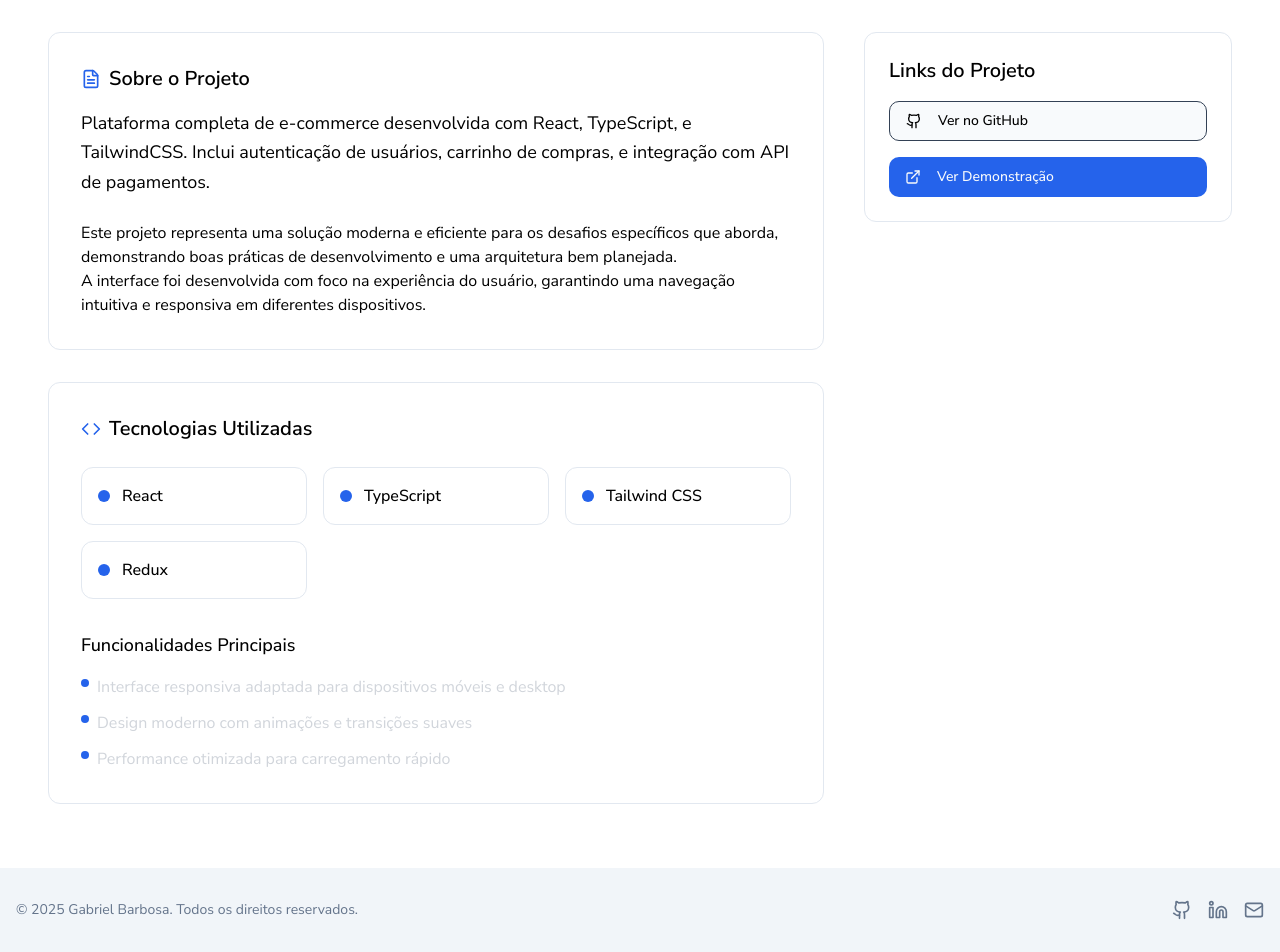
Repository: Biel-barbosa/portfolio-gabriel
Page: /projetos/1
The author's editor kept a copy of each file at every save. The page is drawn from the files as they stood at one save, then again after the next save.
The browser window is 1280 px wide. The pictures show the part of the page from y = 688 to 1640 px (the page is 1640 px tall).
The page's requests for data from a server got no answer. The project was rebuilt for these pictures with package versions that can differ from the ones it lists, and the page was loaded fresh each time. No one was signed in, and anything a server would have sent is missing. Also part of the build but not shown: vite.config.ts, src/components/ui/tooltip.tsx, src/components/ui/card.tsx, src/components/ui/badge.tsx, src/components/ProjectCard.tsx, src/pages/Index.tsx, src/pages/Projects.tsx, src/pages/Contact.tsx and 1 more.

Above is the page before, as saved 2025-05-20 17:03:01.

### index.html

<!DOCTYPE html>
<html lang="pt-BR">
  <head>
    <meta charset="UTF-8" />
    <meta name="viewport" content="width=device-width, initial-scale=1.0" />
    <title>Gabriel Barbosa | Desenvolvedor Front-end</title>
    <meta name="description" content="Portfólio de Gabriel Barbosa - Desenvolvedor Front-end Júnior" />
    <meta name="author" content="Gabriel Barbosa" />

    <meta property="og:title" content="Gabriel Barbosa | Desenvolvedor Front-end" />
    <meta property="og:description" content="Portfólio de Gabriel Barbosa - Desenvolvedor Front-end Júnior" />
    <meta property="og:type" content="website" />
    <link rel="icon" type="image/svg+xml" href="/favicon.svg" />
  </head>

  <body>
    <div id="root"></div>
    <!-- IMPORTANT: DO NOT REMOVE THIS SCRIPT TAG OR THIS VERY COMMENT! -->
    <script src="https://cdn.gpteng.co/gptengineer.js" type="module"></script>
    <script type="module" src="/src/main.tsx"></script>
  </body>
</html>

### src/App.tsx

import { Toaster } from "@/components/ui/toaster";
import { Toaster as Sonner } from "@/components/ui/sonner";
import { TooltipProvider } from "@/components/ui/tooltip";
import { QueryClient, QueryClientProvider } from "@tanstack/react-query";
import { BrowserRouter, Routes, Route } from "react-router-dom";
import Index from "./pages/Index";
import Projects from "./pages/Projects";
import ProjectDetail from "./pages/ProjectDetail";
import Contact from "./pages/Contact";
import NotFound from "./pages/NotFound";

const queryClient = new QueryClient();

const App = () => (
  <QueryClientProvider client={queryClient}>
    <TooltipProvider>
      <Toaster />
      <Sonner />
      <BrowserRouter>
        <Routes>
          <Route path="/" element={<Index />} />
          <Route path="/projetos" element={<Projects />} />
          <Route path="/projetos/:id" element={<ProjectDetail />} />
          <Route path="/contato" element={<Contact />} />
          <Route path="*" element={<NotFound />} />
        </Routes>
      </BrowserRouter>
    </TooltipProvider>
  </QueryClientProvider>
);

export default App;

### src/index.css

@import url('https://fonts.googleapis.com/css2?family=Nunito+Sans:opsz,wght@6..12,300;6..12,400;6..12,500;6..12,600;6..12,700&display=swap');

@tailwind base;
@tailwind components;
@tailwind utilities;

@layer base {
  :root {
    --background: 210 40% 98%;
    --foreground: 222.2 84% 4.9%;

    --card: 0 0% 100%;
    --card-foreground: 222.2 84% 4.9%;

    --popover: 0 0% 100%;
    --popover-foreground: 222.2 84% 4.9%;

    --primary: 221.2 83% 53.3%;
    --primary-foreground: 210 40% 98%;

    --secondary: 210 40% 96.1%;
    --secondary-foreground: 222.2 47.4% 11.2%;

    --muted: 210 40% 96.1%;
    --muted-foreground: 215.4 16.3% 46.9%;

    --accent: 221.2 83% 53.3%;
    --accent-foreground: 222.2 47.4% 11.2%;

    --destructive: 0 84.2% 60.2%;
    --destructive-foreground: 210 40% 98%;

    --border: 214.3 31.8% 91.4%;
    --input: 214.3 31.8% 91.4%;
    --ring: 221.2 83% 53.3%;

    --radius: 0.75rem;
  }

  * {
    @apply border-border;
  }

  body {
    @apply bg-background text-foreground;
    font-feature-settings: "rlig" 1, "calt" 1;
    font-family: 'Nunito Sans', sans-serif;
  }

  .tech-tag {
    @apply bg-secondary text-secondary-foreground rounded-full px-3 py-1 text-sm font-medium transition-colors;
  }

  .card-hover {
    @apply transition-all hover:shadow-lg hover:-translate-y-1;
  }

  .button-primary {
    @apply bg-primary text-primary-foreground hover:bg-primary/90 rounded-full px-6 py-2 font-medium transition-colors;
  }

  .button-secondary {
    @apply bg-secondary text-secondary-foreground hover:bg-secondary/80 rounded-full px-6 py-2 font-medium transition-colors border border-secondary;
  }
}

### src/components/ui/toaster.tsx

"use client"

import {
  Toast,
  ToastClose,
  ToastDescription,
  ToastProvider,
  ToastTitle,
  ToastViewport,
} from "@/components/ui/toast"
import { useToast } from "@/components/ui/use-toast"

export function Toaster() {
  const { toasts } = useToast()

  return (
    <ToastProvider>
      {toasts.map(function ({ id, title, description, action, ...props }) {
        return (
          <Toast key={id} {...props}>
            <div className="grid gap-1">
              {title && <ToastTitle>{title}</ToastTitle>}
              {description && (
                <ToastDescription>{description}</ToastDescription>
              )}
            </div>
            {action}
            <ToastClose />
          </Toast>
        )
      })}
      <ToastViewport />
    </ToastProvider>
  )
}

### src/components/ui/sonner.tsx
import { useTheme } from "next-themes"
import { Toaster as Sonner, toast } from "sonner"

type ToasterProps = React.ComponentProps<typeof Sonner>

const Toaster = ({ ...props }: ToasterProps) => {
  const { theme = "system" } = useTheme()

  return (
    <Sonner
      theme={theme as ToasterProps["theme"]}
      className="toaster group"
      toastOptions={{
        classNames: {
          toast:
            "group toast group-[.toaster]:bg-background group-[.toaster]:text-foreground group-[.toaster]:border-border group-[.toaster]:shadow-lg",
          description: "group-[.toast]:text-muted-foreground",
          actionButton:
            "group-[.toast]:bg-primary group-[.toast]:text-primary-foreground",
          cancelButton:
            "group-[.toast]:bg-muted group-[.toast]:text-muted-foreground",
        },
      }}
      {...props}
    />
  )
}

export { Toaster, toast }

### src/pages/ProjectDetail.tsx

import React, { useEffect, useState } from 'react';
import { useParams, Link } from 'react-router-dom';
import { ArrowLeft, Calendar, Github, Globe, Code, FileText, ExternalLink, Image, Folder } from 'lucide-react';
import { getProjectById } from '../services/projectService';
import { Project } from '../types';
import { Button } from '@/components/ui/button';
import Header from '../components/Header';
import Footer from '../components/Footer';

const ProjectDetail = () => {
  const { id } = useParams<{ id: string }>();
  const [project, setProject] = useState<Project | null>(null);
  const [isLoading, setIsLoading] = useState(true);
  const [error, setError] = useState<string | null>(null);

  useEffect(() => {
    const loadProject = async () => {
      if (!id) return;

      try {
        setIsLoading(true);
        const data = await getProjectById(id);

        if (!data) {
          setError('Projeto não encontrado.');
          return;
        }

        setProject(data);
      } catch (err) {
        setError('Falha ao carregar detalhes do projeto.');
        console.error('Erro ao carregar detalhes do projeto:', err);
      } finally {
        setIsLoading(false);
      }
    };

    loadProject();
  }, [id]);

  const formatDate = (dateString?: string) => {
    if (!dateString) return 'Data não disponível';

    return new Date(dateString).toLocaleDateString('pt-BR', {
      year: 'numeric',
      month: 'long',
      day: 'numeric'
    });
  };

  return (
    <div className="min-h-screen flex flex-col bg-white text-black">
      <Header />

      <main className="flex-grow pt-24 pb-16 px-4">
        <div className="container mx-auto">
          <Link
            to="/projetos"
            className="inline-flex items-center text-sm text-black hover:text-primary transition-colors mb-8"
          >
            <ArrowLeft className="mr-2 h-4 w-4" />
            Voltar para Projetos
          </Link>

          {isLoading && (
            <div className="flex justify-center items-center py-20">
              <div className="animate-spin rounded-full h-12 w-12 border-b-2 border-primary"></div>
            </div>
          )}

          {error && (
            <div className="text-center py-20">
              <p className="text-destructive">{error}</p>
              <Link
                to="/projetos"
                className="mt-4 inline-block text-primary hover:underline"
              >
                Voltar para lista de projetos
              </Link>
            </div>
          )}

          {!isLoading && project && (
            <div className="animate-fade-in">
              <div className="mb-8">
                <div className="flex items-center gap-2 text-xs text-gray-400 mb-2">
                  <Folder className="h-4 w-4" />
                  <span>Projetos</span>
                  <span>/</span>
                  <span className="text-primary">{project.name}</span>
                </div>

                <h1 className="text-3xl md:text-4xl font-bold mb-4">{project.name}</h1>

                <div className="flex flex-wrap items-center gap-4 text-sm text-gray-400 mb-6">
                  {project.deployedAt && (
                    <div className="flex items-center">
                      <Calendar className="mr-1 h-4 w-4" />
                      <span>Atualizado em {formatDate(project.deployedAt)}</span>
                    </div>
                  )}

                  <div className="flex items-center gap-3">
                    {project.githubUrl && (
                      <div className="flex items-center">
                        <Github className="mr-1 h-4 w-4" />
                        <span>GitHub</span>
                      </div>
                    )}

                    {project.deployUrl && (
                      <div className="flex items-center">
                        <Globe className="mr-1 h-4 w-4 text-blue-400" />
                        <span>Vercel</span>
                      </div>
                    )}
                  </div>
                </div>
              </div>

              <div className="rounded-lg overflow-hidden mb-10 h-[400px] bg-white-800 border border-white-700">
                {project.imageUrl ? (
                  <img
                    src={project.imageUrl}
                    alt={project.name}
                    className="w-full h-full object-cover"
                  />
                ) : (
                  <div className="flex items-center justify-center h-full text-slate-500">
                    <Image className="h-16 w-16" />
                  </div>
                )}
              </div>

              <div className="grid md:grid-cols-3 gap-10">
                <div className="md:col-span-2">
                  <div className="bg-white border border-white-800 rounded-lg p-8 mb-8">
                    <h2 className="text-xl font-semibold mb-4 flex items-center">
                      <FileText className="mr-2 h-5 w-5 text-primary" />
                      Sobre o Projeto
                    </h2>
                    <p className="text-lg text-[##4f4f4f] leading-relaxed mb-6">
                      {project.description}
                    </p>

                    <div className="prose prose-invert max-w-none">
                      <p>Este projeto representa uma solução moderna e eficiente para os desafios específicos que aborda, demonstrando boas práticas de desenvolvimento e uma arquitetura bem planejada.</p>

                      <p>A interface foi desenvolvida com foco na experiência do usuário, garantindo uma navegação intuitiva e responsiva em diferentes dispositivos.</p>
                    </div>
                  </div>

                  <div className="bg-white border border-white-800 rounded-lg p-8">
                    <h2 className="text-xl font-semibold mb-6 flex items-center">
                      <Code className="mr-2 h-5 w-5 text-primary" />
                      Tecnologias Utilizadas
                    </h2>

                    <div className="grid grid-cols-2 md:grid-cols-3 gap-4 mb-8">
                      {project.technologies && project.technologies.map((tech, index) => (
                        <div key={index} className="bg-white border border-white-700 rounded-lg p-4 flex items-center gap-3">
                          <span className="h-3 w-3 rounded-full bg-primary"></span>
                          <span className="font-medium">{tech}</span>
                        </div>
                      ))}
                    </div>

                    <div className="mt-8">
                      <h3 className="text-lg font-medium mb-4">Funcionalidades Principais</h3>
                      <ul className="space-y-3 text-gray-300">
                        <li className="flex items-start gap-2">
                          <span className="mt-1 h-2 w-2 rounded-full bg-primary shrink-0"></span>
                          <span>Interface responsiva adaptada para dispositivos móveis e desktop</span>
                        </li>
                        <li className="flex items-start gap-2">
                          <span className="mt-1 h-2 w-2 rounded-full bg-primary shrink-0"></span>
                          <span>Design moderno com animações e transições suaves</span>
                        </li>
                        <li className="flex items-start gap-2">
                          <span className="mt-1 h-2 w-2 rounded-full bg-primary shrink-0"></span>
                          <span>Performance otimizada para carregamento rápido</span>
                        </li>
                        {project.name.toLowerCase().includes('dashboard') && (
                          <>
                            <li className="flex items-start gap-2">
                              <span className="mt-1 h-2 w-2 rounded-full bg-primary shrink-0"></span>
                              <span>Painéis interativos com visualizações de dados em tempo real</span>
                            </li>
                            <li className="flex items-start gap-2">
                              <span className="mt-1 h-2 w-2 rounded-full bg-primary shrink-0"></span>
                              <span>Sistema de autenticação e controle de acesso</span>
                            </li>
                          </>
                        )}
                        {project.name.toLowerCase().includes('ecommerce') && (
                          <>
                            <li className="flex items-start gap-2">
                              <span className="mt-1 h-2 w-2 rounded-full bg-primary shrink-0"></span>
                              <span>Catálogo de produtos com filtragem avançada</span>
                            </li>
                            <li className="flex items-start gap-2">
                              <span className="mt-1 h-2 w-2 rounded-full bg-primary shrink-0"></span>
                              <span>Sistema de carrinho e checkout seguro</span>
                            </li>
                          </>
                        )}
                      </ul>
                    </div>
                  </div>
                </div>

                <div>
                  <div className="bg-white-900 border border-white-800 rounded-lg p-6">
                    <h2 className="text-xl font-semibold mb-4">Links do Projeto</h2>

                    <div className="flex flex-col space-y-4">
                      {project.githubUrl && (
                        <Button variant="outline" className="w-full justify-start border-slate-700 hover:bg-slate-800" asChild>
                          <a
                            href={project.githubUrl}
                            target="_blank"
                            rel="noopener noreferrer"
                          >
                            <Github className="mr-2 h-5 w-5" />
                            Ver no GitHub
                          </a>
                        </Button>
                      )}

                      {project.deployUrl && (
                        <Button variant="default" className="w-full justify-start bg-primary hover:bg-primary/80" asChild>
                          <a
                            href={project.deployUrl}
                            target="_blank"
                            rel="noopener noreferrer"
                          >
                            <ExternalLink className="mr-2 h-5 w-5" />
                            Ver Demonstração
                          </a>
                        </Button>
                      )}
                    </div>
                  </div>
                </div>
              </div>
            </div>
          )}
        </div>
      </main>

      <Footer />
    </div>
  );
};

export default ProjectDetail;

### src/components/ui/button.tsx
import * as React from "react"
import { Slot } from "@radix-ui/react-slot"
import { cva, type VariantProps } from "class-variance-authority"

import { cn } from "@/lib/utils"

const buttonVariants = cva(
  "inline-flex items-center justify-center gap-2 whitespace-nowrap rounded-md text-sm font-medium ring-offset-background transition-colors focus-visible:outline-none focus-visible:ring-2 focus-visible:ring-ring focus-visible:ring-offset-2 disabled:pointer-events-none disabled:opacity-50 [&_svg]:pointer-events-none [&_svg]:size-4 [&_svg]:shrink-0",
  {
    variants: {
      variant: {
        default: "bg-primary text-primary-foreground hover:bg-primary/90",
        destructive:
          "bg-destructive text-destructive-foreground hover:bg-destructive/90",
        outline:
          "border border-input bg-background hover:bg-accent hover:text-accent-foreground",
        secondary:
          "bg-secondary text-secondary-foreground hover:bg-secondary/80",
        ghost: "hover:bg-accent hover:text-accent-foreground",
        link: "text-primary underline-offset-4 hover:underline",
      },
      size: {
        default: "h-10 px-4 py-2",
        sm: "h-9 rounded-md px-3",
        lg: "h-11 rounded-md px-8",
        icon: "h-10 w-10",
      },
    },
    defaultVariants: {
      variant: "default",
      size: "default",
    },
  }
)

export interface ButtonProps
  extends React.ButtonHTMLAttributes<HTMLButtonElement>,
    VariantProps<typeof buttonVariants> {
  asChild?: boolean
}

const Button = React.forwardRef<HTMLButtonElement, ButtonProps>(
  ({ className, variant, size, asChild = false, ...props }, ref) => {
    const Comp = asChild ? Slot : "button"
    return (
      <Comp
        className={cn(buttonVariants({ variant, size, className }))}
        ref={ref}
        {...props}
      />
    )
  }
)
Button.displayName = "Button"

export { Button, buttonVariants }

### src/components/Footer.tsx

import React from 'react';
import { Github, Linkedin, Mail } from 'lucide-react';

const Footer = () => {
  return (
    <footer className="bg-secondary py-8">
      <div className="container mx-auto px-4">
        <div className="flex flex-col md:flex-row justify-between items-center">
          <div className="mb-4 md:mb-0">
            <p className="text-sm text-muted-foreground">
              © {new Date().getFullYear()} Gabriel Barbosa. Todos os direitos reservados.
            </p>
          </div>

          <div className="flex space-x-4">
            <a
              href="https://github.com/Biel-barbosa"
              target="_blank"
              rel="noopener noreferrer"
              className="text-muted-foreground hover:text-primary transition-colors"
              aria-label="GitHub"
            >
              <Github className="h-5 w-5" />
            </a>
            <a
              href="https://www.linkedin.com/in/gabriel-a-barbosa/"
              target="_blank"
              rel="noopener noreferrer"
              className="text-muted-foreground hover:text-primary transition-colors"
              aria-label="LinkedIn"
            >
              <Linkedin className="h-5 w-5" />
            </a>
            <a
              href="mailto:gabriellbarbosaads@gmail.com"
              className="text-muted-foreground hover:text-primary transition-colors"
              aria-label="Email"
            >
              <Mail className="h-5 w-5" />
            </a>
          </div>
        </div>
      </div>
    </footer>
  );
};

export default Footer;

### src/api/vercel-projects.ts

// Handler para buscar projetos da Vercel

export async function fetchVercelProjects() {
  try {
    const VERCEL_TOKEN = 'jzprp7RQAOHCJR7IR6Gez3uf'; // Normalmente seria process.env.VERCEL_TOKEN

    const response = await fetch('https://api.vercel.com/v6/projects', {
      headers: {
        'Authorization': `Bearer ${VERCEL_TOKEN}`,
        'Content-Type': 'application/json',
      }
    });

    if (!response.ok) {
      throw new Error(`Erro ao buscar projetos da Vercel: ${response.status}`);
    }

    const data = await response.json();
    return data.projects || [];
  } catch (error) {
    console.error('Erro na API:', error);
    throw new Error('Failed to fetch Vercel projects');
  }
}

Loaded but not shown: src/main.tsx (common file); src/lib/utils.ts (common file); src/services/projectService.ts (174 lines, source omitted); src/components/ui/toast.tsx (128 lines, source omitted); src/components/ui/use-toast.ts (191 lines, source omitted); tailwind.config.ts (106 lines, source omitted); src/components/Header.tsx (77 lines, source omitted)

After the next save:
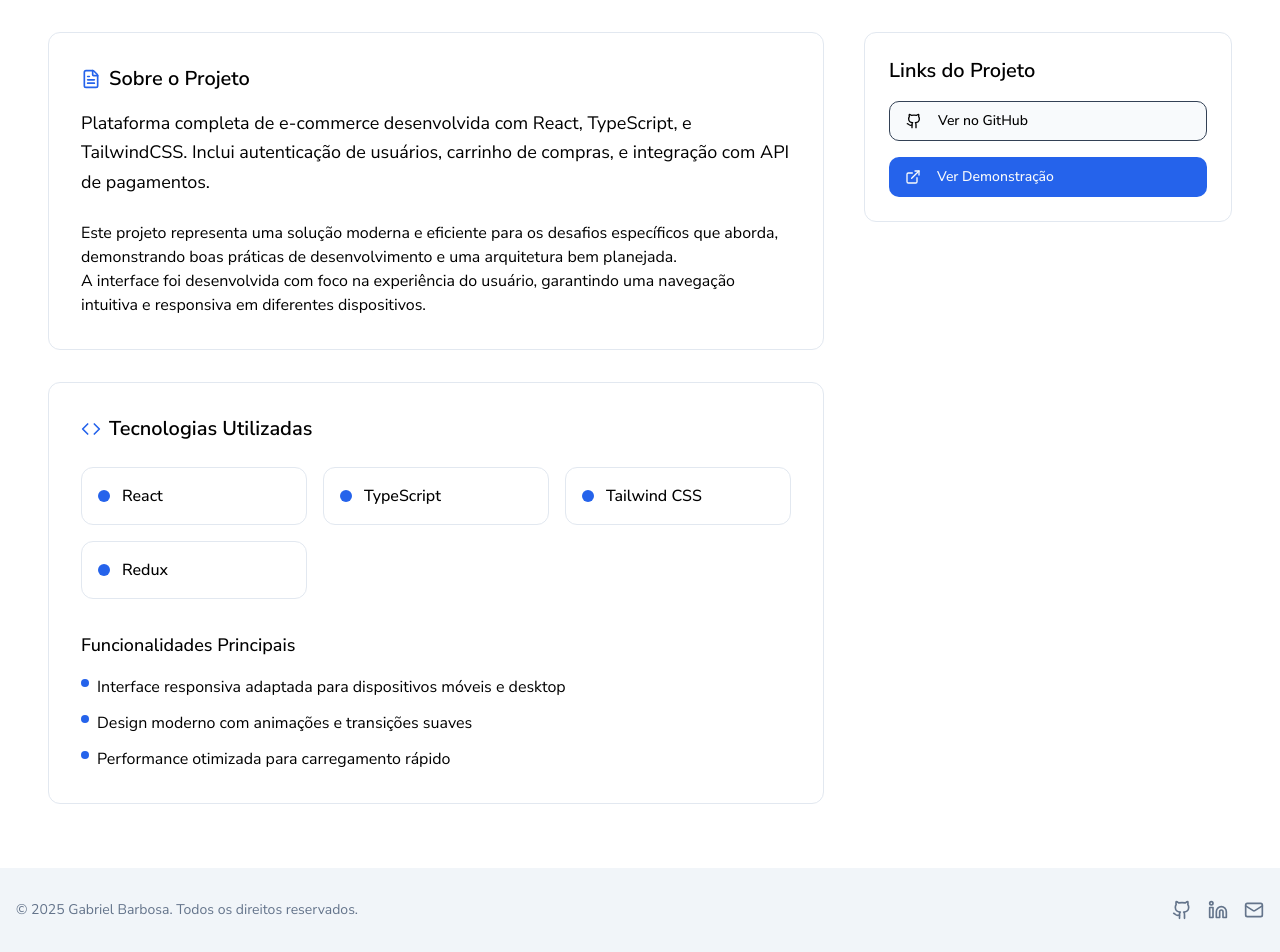
Saved 34 s later.
--- a/src/pages/ProjectDetail.tsx
+++ b/src/pages/ProjectDetail.tsx
@@ -168,7 +168,7 @@ const ProjectDetail = () => {
 
                     <div className="mt-8">
                       <h3 className="text-lg font-medium mb-4">Funcionalidades Principais</h3>
-                      <ul className="space-y-3 text-gray-300">
+                      <ul className="space-y-3 text-black-300">
                         <li className="flex items-start gap-2">
                           <span className="mt-1 h-2 w-2 rounded-full bg-primary shrink-0"></span>
                           <span>Interface responsiva adaptada para dispositivos móveis e desktop</span>
